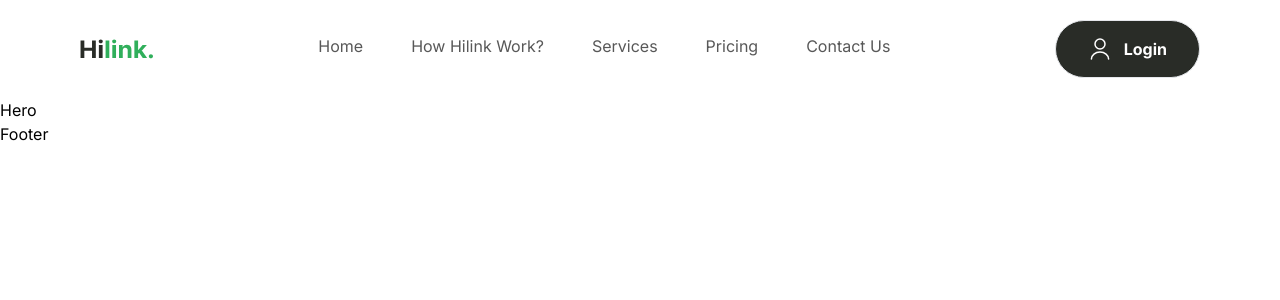
Repository: MikeeBuilds/camp
Page: /
The author's editor kept a copy of each file at every save. The page is drawn from the files as they stood at one save, then again after the next save.
The browser window is 1280 px wide. The pictures show the whole page.
The project was rebuilt for these pictures with package versions that can differ from the ones it lists, and the page was loaded fresh each time. The framework's server and built-in components were replaced by stand-ins that run in the browser. Also part of the build but not shown: next.config.js.

Above is the page before, as saved 2023-11-24 20:35:34.

### app/layout.tsx
import type { Metadata } from 'next'

import './globals.css'
import Navbar from '@/components/Navbar'
import Footer from '@/components/Footer'


export const metadata: Metadata = {
  title: 'Travel',
  description: 'Travel UI/UX App for camping',
}

export default function RootLayout({
  children,
}: {
  children: React.ReactNode
}) {
  return (
    <html lang="en">
      <body className="">
        <Navbar/>
        <main className='relative overflow-hidden'>
        {children}
        </main>
        <Footer/>
      </body>
    </html>
  )
}

### app/page.tsx
import Hero from "@/components/Hero";

export default function Home() {
  return (
    <>
      <Hero/>
      <camp/>
    </>
  )
}

### components/Navbar.tsx
import { NAV_LINKS } from '@/constants'
import Image from 'next/image'
import Link from 'next/link'
import Button from './Button'

const Navbar = () => {
    return (
        <nav className="flexBetween max-container padding-container relative z-30 py-5">
            <Link href="/">
                <Image src="/hilink-logo.svg" alt="logo" width={74} height={29} />
            </Link>

            <ul className="hidden h-full gap-12 lg:flex">
                {NAV_LINKS.map((link) => (
                    <Link href={link.href} key={link.key} className="regular-16 text-gray-50 flexCenter cursor-pointer pb-1.5 transition-all hover:font-bold">
                        {link.label}
                    </Link>
                ))}
            </ul>

            <div className='lg:flexCenter hidden'>
                <Button
                    type="button"
                    title="Login"
                    icon="/user.svg"
                    variant="btn_dark_green"
                />
            </div>

            <Image
                src="menu.svg"
                alt='menu'
                width={32}
                height={32}
                className='inline-block cursor-pointer lg:hidden'
            />
        </nav>
    )
}

export default Navbar

### components/Button.tsx
import Image from "next/image";

type ButtonProps = {
    type: 'button' | "submit";
    title: string;
    icon?: string;
    variant: 'btn_dark_green'
}


const button = ({ type, title, icon, variant}: ButtonProps) => {
  return (
    <button
        className={`flexCenter gap-3 rounded-full border ${variant}`}
        type={type}
    >
        {icon && <Image src={icon} alt={title} width={24} height={24}/>}
        <label className="bold-16 whitespace-nowrap">{title}</label>
    </button>
  )
}

export default button

Loaded but not shown: app/globals.css (common file); components/Footer.tsx (common file); components/Hero.tsx (common file); constants/index.ts (common file); tailwind.config.ts (common file); components/Camp.tsx (common file)

After the next save:
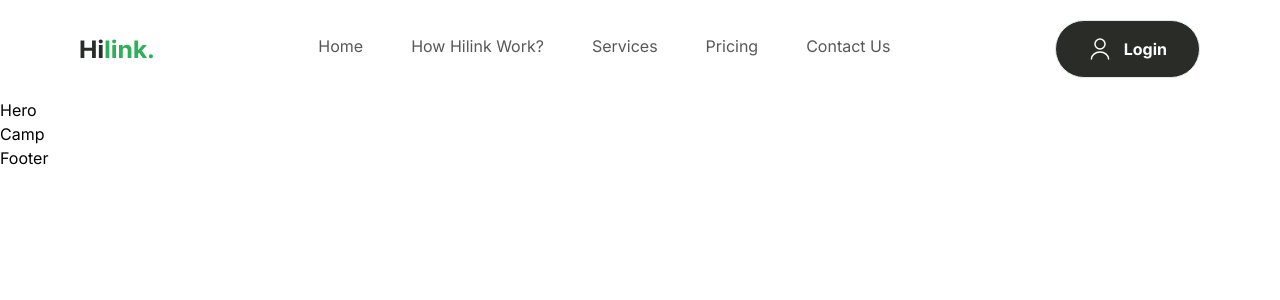
Saved 5 s later.
--- a/app/page.tsx
+++ b/app/page.tsx
@@ -1,10 +1,11 @@
+import Camp from "@/components/Camp";
 import Hero from "@/components/Hero";
 
 export default function Home() {
   return (
     <>
       <Hero/>
-      <camp/>
+      <Camp/>
     </>
   )
 }
